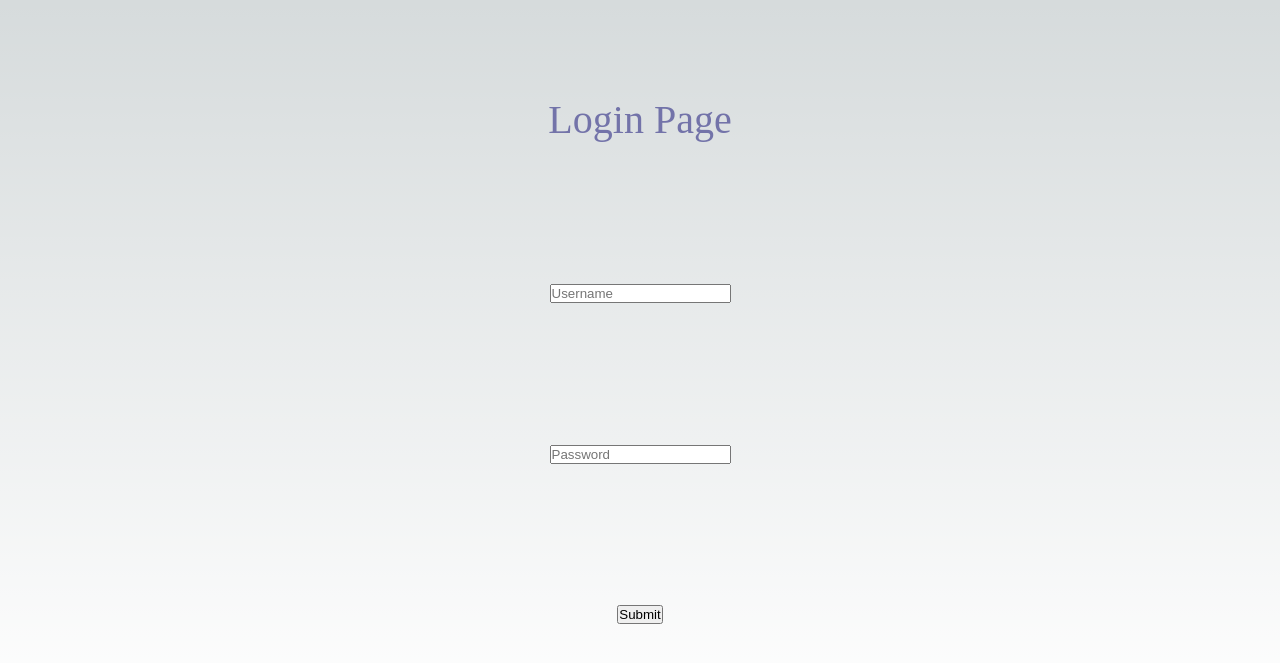
Repository: SaraShio/counter
Page: /
These files come from the project's save history. The page is drawn as it stood at one moment and after the next save; the edit follows.
The browser window is 1280 px wide. The pictures show the whole page.
The project was rebuilt for these pictures with package versions that can differ from the ones it lists, and the page was loaded fresh each time. The framework's server and built-in components were replaced by stand-ins that run in the browser. Also part of the build but not shown: next.config.js.

Above is the page before, as saved 2023-01-15 17:28:49.

After the next save:
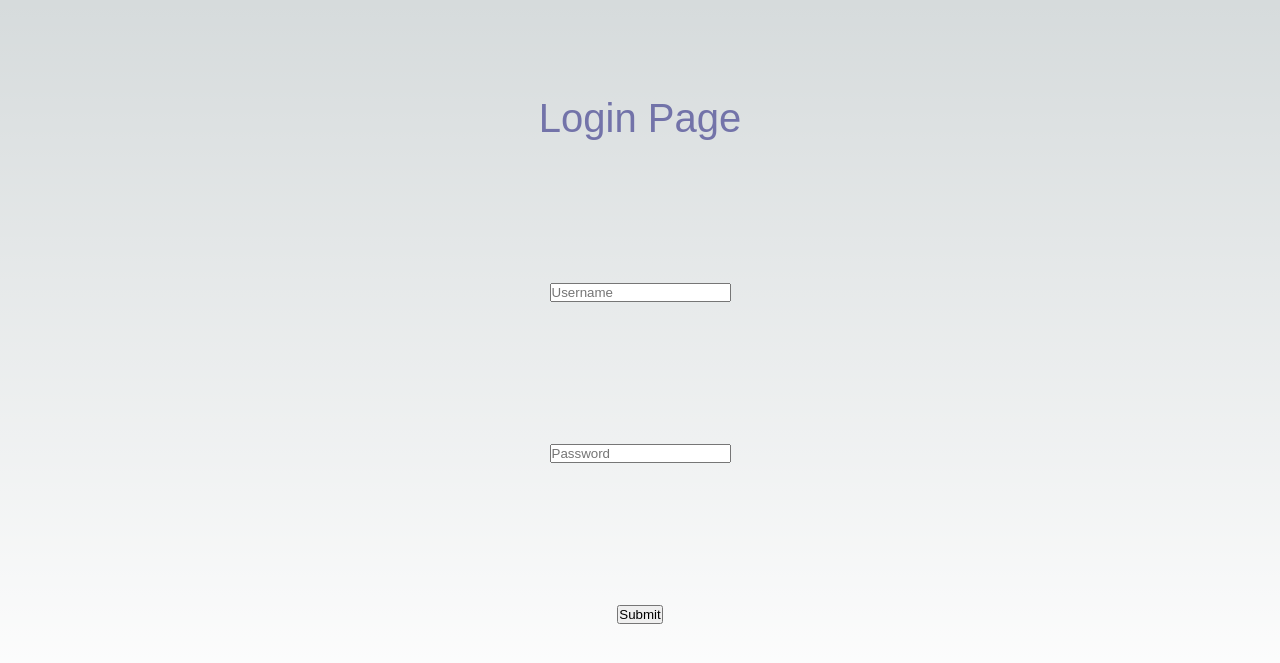
Saved 19 s later.
--- a/styles/Home.module.css
+++ b/styles/Home.module.css
@@ -7,6 +7,7 @@
   min-height: 100vh;
   color: var(--medium-purple);
   font-size: var(--large-main-font);
+  font-family: var(--new-font);
 }
 
 .description {
